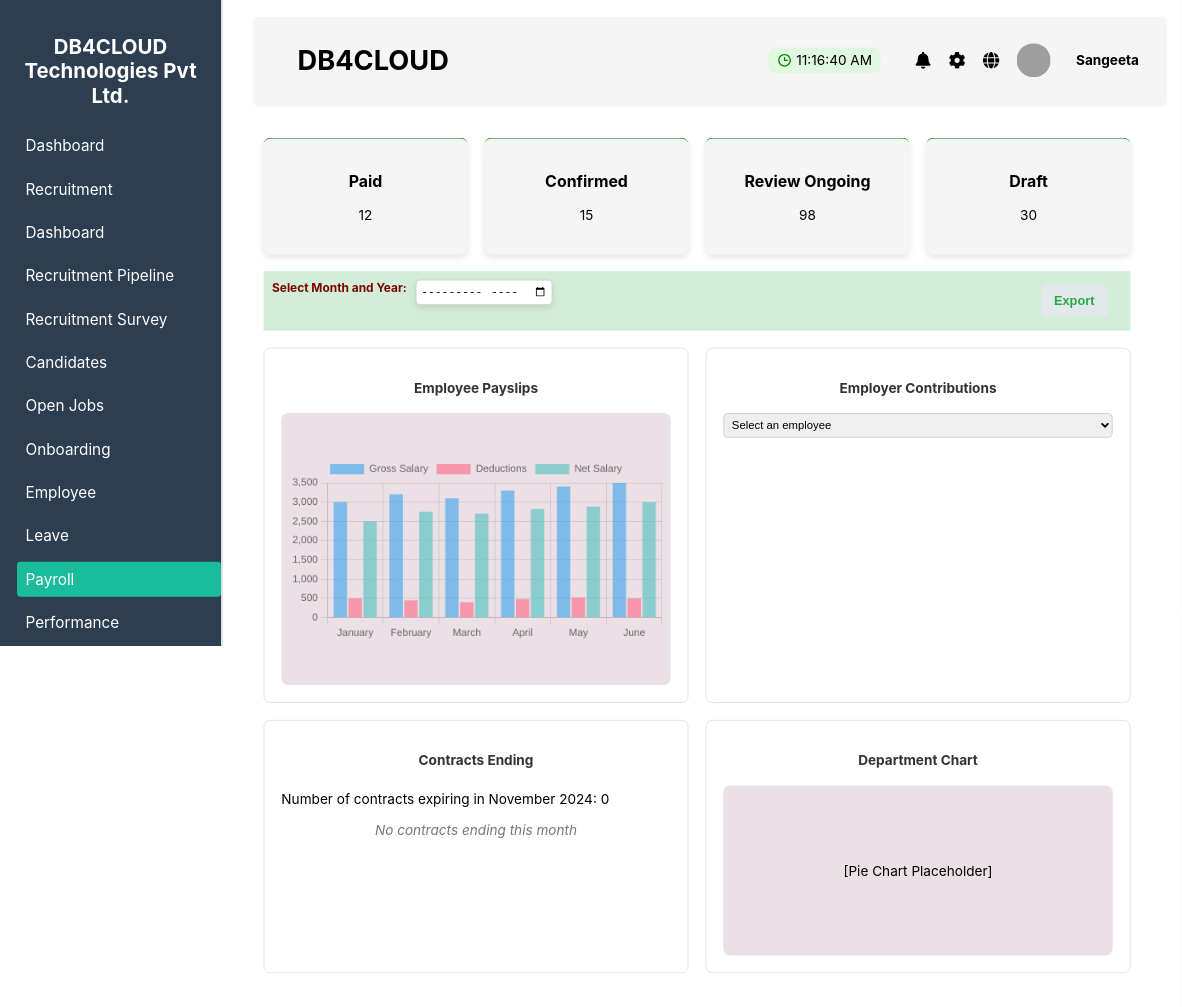
Repository: tinu-ns/Dev-code
Page: /payroll/payroll-dashboard (app in HRMS-DEMO-Sang/hrms/)
These files come from the project's save history. The page is drawn as it stood at one moment and after the next save; the edit follows.
The browser window is 1280 px wide. The page is 1390 px wide, so the pictures cover 1390 px, including what lies to the right of the window. The pictures show the whole page, at 85% of full size.
Pictures or frames that could not be fetched are drawn as grey boxes. The project was rebuilt for these pictures with package versions that can differ from the ones it lists, and the page was loaded fresh each time. Also part of the build but not shown: HRMS-DEMO-Sang/hrms/src/components/Dashboard.js, HRMS-DEMO-Sang/hrms/src/components/Recruitment.js, HRMS-DEMO-Sang/hrms/src/components/Payroll/Payroll.js, HRMS-DEMO-Sang/hrms/src/components/Leave.js, HRMS-DEMO-Sang/hrms/src/components/Employee.js, HRMS-DEMO-Sang/hrms/src/components/MainContent.css, HRMS-DEMO-Sang/hrms/src/components/MainContent.js, HRMS-DEMO-Sang/hrms/src/components/RightSidebar.css and 8 more. Imported but missing from the stored project, and not drawn on this page: HRMS-DEMO-Sang/hrms/src/components/Onboarding, HRMS-DEMO-Sang/hrms/src/components/Performance.

Above is the page before, as saved 2024-11-06 12:53:28.

### HRMS-DEMO-Sang/hrms/src/App.js
// App.js
import React from 'react';
import { BrowserRouter as Router, Route, Routes, Navigate } from 'react-router-dom';
import Sidebar from './components/Sidebar';
import Dashboard from './components/Dashboard';
import Recruitment from './components/Recruitment';
import Onboarding from './components/Onboarding';
import Performance from './components/Performance';
import Payroll from './components/Payroll/Payroll';
import Leave from './components/Leave';
import Employee from './components/Employee';
import Header from './components/Header';
import MainContent from './components/MainContent';
import RightSidebar from './components/RightSidebar';
import RecruitmentDashboard from './components/Recruitment/RecruitmentDashboard';
import RecruitmentPipeline from './components/Recruitment/RecruitmentPipeline';
import Allowances from './components/Payroll/Allowances';
import Contract from './components/Payroll/Contract';
import Deductions from './components/Payroll/Deductions';
import Payslips from './components/Payroll/Payslips';
import PayrollDashboard from './components/Payroll/PayrollDashboard';
import EmployeeDashboard from './components/Employee/EmployeeDashboard';


import './App.css';

function App() {
  return (
    <Router>
      <div className="app">
        <Sidebar />
        <div className='content-container'>
          <Header />
          <div className="main-section">
            <Routes>
              {/* Main Dashboard Route */}
              <Route path="/" element={<><MainContent /><RightSidebar /></>} />

              {/* Subpage Routes */}
              <Route path="/dashboard" element={<Dashboard />} />
              <Route path="/recruitment" element={<Recruitment />} />
              <Route path="/recruitment/dashboard" element={<RecruitmentDashboard />} />
              <Route path="/recruitment/pipeline" element={<RecruitmentPipeline />} />
              <Route path="/recruitment/survey" element={<div>Survey Page</div>} />
              <Route path="/recruitment/candidates" element={<div>Candidates Page</div>} />
              <Route path="/recruitment/open-jobs" element={<div>Open Jobs Page</div>} />
              <Route path="/onboarding" element={<Onboarding />} />
              <Route path="/employee" element={<Employee />} />

              {/* Payroll Section Routes */}

              <Route path="/employee" element={<EmployeeDashboard />} />
            {/* Other routes */}
            <Route path="*" element={<Navigate to="/employee" />} />

              <Route path="/leave" element={<Leave />} />

              {/* Payroll Section Routes */}
              <Route path="/payroll" element={<Payroll />} />
              <Route path="/payroll/allowances" element={<Allowances />} />
              <Route path="/payroll/contract" element={<Contract />} />
              <Route path="/payroll/deductions" element={<Deductions />} />
              <Route path="/payroll/payslips" element={<Payslips />} />
              <Route path="/payroll/payroll-dashboard" element={<PayrollDashboard />} />
              <Route path="/performance" element={<Performance />} />


              {/* Redirect unknown routes to main dashboard */}
              <Route path="*" element={<Navigate to="/" />} />
            </Routes>
          </div>
        </div>
      </div>
    </Router>
  );
}

export default App;

### HRMS-DEMO-Sang/hrms/src/components/Sidebar.js
import React, {useState} from "react";
import { NavLink } from "react-router-dom";

import "./Sidebar.css"
const Sidebar = () => {
  const [isPayrollOpen, setIsPayrollOpen] = useState(false);
  const togglePayrollMenu = () => {
    setIsPayrollOpen(!isPayrollOpen);
  };


  return (
    <div className="container">
    <div className="sidebar">
      <h2>DB4CLOUD Technologies Pvt Ltd.</h2>
      <ul className="sidebar-list">
      <li>
          <NavLink to="/dashboard" activeClassName="active">
            Dashboard
          </NavLink>
        </li>
        <li>
          <NavLink to="/recruitment" activeClassName="active">
            Recruitment
          </NavLink>
          <ul>
            <li><NavLink to="/recruitment/dashboard">Dashboard</NavLink></li>
            <li><NavLink to="/recruitment/pipeline">Recruitment Pipeline</NavLink></li>
            <li><NavLink to="/recruitment/survey">Recruitment Survey</NavLink></li>
            <li><NavLink to="/recruitment/candidates">Candidates</NavLink></li>
            <li><NavLink to="/recruitment/open-jobs">Open Jobs</NavLink></li>
          </ul>
        </li>
        {/* Add more items as needed */}
        <li>
          <NavLink to="/onboarding" activeClassName="active">
            Onboarding
          </NavLink>
        </li>
        <li>
          <NavLink to="/employee" activeClassName="active">
            Employee
          </NavLink>
        </li>
        <li>
          <NavLink to="/leave" activeClassName="active">
            Leave
          </NavLink>
        </li>
            {/* Payroll section */}
        <li>
          <NavLink to="/payroll" activeClassName="active" className="menu-toggle" onClick={togglePayrollMenu}>
            Payroll
          </NavLink>

          {isPayrollOpen && (
            <ul className="submenu">
              <li><NavLink to="/payroll/payroll-dashboard">Dashboard</NavLink></li>
              <li><NavLink to="/payroll/allowances">Allowances</NavLink></li>
              <li><NavLink to="/payroll/contract">Contracts</NavLink></li>
              <li><NavLink to="/payroll/deductions">Deductions</NavLink></li>
              <li><NavLink to="/payroll/payslips">Payslips</NavLink></li>
              <li><NavLink to="/payroll/payroll">Payroll</NavLink></li>
              <li><NavLink to="/payroll/loan-advance-salary">Loan / Advance Salary</NavLink></li>
              <li><NavLink to="/payroll/encashments-reimbursements">Encashments & Reimbursements</NavLink></li>
              <li><NavLink to="/payroll/federal-tax">Federal Tax</NavLink></li>
            </ul>
          )}
        </li>
        <li>
          <NavLink to="/performance" activeClassName="active">
            Performance
          </NavLink>
        </li>
        <li>
          <NavLink to="/offboarding" activeClassName="active">
            Offboarding
          </NavLink>
        </li>
        <li>
          <NavLink to="/assets" activeClassName="active">
            Assets
          </NavLink>
        </li>
        <li>
          <NavLink to="/help-desk" activeClassName="active">
            Help Desk
          </NavLink>
        </li>
        <li>
          <NavLink to="/configuration" activeClassName="active">
            Configuration
          </NavLink>
        </li>
      </ul>
    </div>

    </div>
  );
};

export default Sidebar;

### HRMS-DEMO-Sang/hrms/src/components/Header.js
import React, {useState,useEffect} from 'react'
import {FaBell, FaCog, FaGlobe, FaSignOutAlt} from 'react-icons/fa'
import {BiTime} from 'react-icons/bi'
import './Header.css'

const Header = () => {
    const [currentTime, setCurrentTime] = useState('')
    const [showDropdown, setShowDropdown] = useState(false);

    const getCurrentTime = () => {
        const now = new Date()
        return now.toLocaleTimeString()   // Returns time as HH:MM:SS
    }

// Update time every second
useEffect(() => {
    const timer = setInterval(() => {
      setCurrentTime(getCurrentTime());
    }, 1000); // Update every 1000ms (1 second)

    // Cleanup interval on component unmount
    return () => clearInterval(timer);
  }, []); // Empty dependency array to run only on mount/unmount


    const toggleDropdown = () => {
        setShowDropdown(!showDropdown)
    }


  return (
    <header className='bg-container'>
      <div className='header'>
        <div className="header-left">
        <button className='menu-button'></button>
        <h1>DB4CLOUD</h1>
        </div>

        <div className="header-right">
          {/*  <p>You cannot mark attendence from this network</p> */}

                {/* Time display*/ }
                <div className="time-box">
                    <BiTime className='time-icon' />
                    <span>{currentTime}</span>
                </div>

                {/*Icons for notificatins, settings, etc. */}
                <FaBell className='icon' title='Notifications' />
                <FaCog className="icon" title="Settings" />
                <FaGlobe className='icon' title='Language' />

                {/* User Profile with dropdown*/ }

                <div className="user-profile" onClick={toggleDropdown}>
                    <div className="user-avatar">
                    < img src="https://th.bing.com/th/id/OIP.Pgv1PargHCECE7gCB5kJ-wHaKx?rs=1&pid=ImgDetMain"
                alt="user-Avatar" className="avatar" />
                    </div>
                    <span className="user-name">Sangeeta</span>

{showDropdown && (
    <div className="dropdown">
        <ul>
            <li>Profile</li>
            <li>Setting</li>
            <li>
                <FaSignOutAlt /> Logout
            </li>
        </ul>
    </div>
)}

</div>

     {  /*      <div className="user-info">
                <span className='user-name'>Shalu</span>
                < img src="https://th.bing.com/th/id/OIP.Pgv1PargHCECE7gCB5kJ-wHaKx?rs=1&pid=ImgDetMain"
                alt="user-Avatar" className="avatar" />
            </div>
            */ }
        </div>


      </div>

    </header>
  )
}

export default Header

### HRMS-DEMO-Sang/hrms/src/App.css
.app{
  display: flex;
  height: 100vh;
  background-color: #f4f4f4;
}

.content-container{
  flex-grow: 1;
  padding: 20px;
  background-color: #fff;
  margin-left: 200px;
  display: flex;
  flex-direction: column;

}

.main-section{
  display: flex;
  justify-content: space-between;
  padding: 20px;
}


.sidebar {
  width: 220px;
  background-color: #2c3e50;
  position: fixed;
  height: 100vh;
}

### HRMS-DEMO-Sang/hrms/src/components/Sidebar.css
 .container{
    display: flex;
    height: 100vh;
    margin-right: 50px;
}

/*
.content{
    flex-grow: 1;
    padding: 20px;
    padding-left: 50px;

}  */

.sidebar {
    width: 220px;
    height: 100vh;
    background-color: #503f2c;
    padding: 20px;
    color: white;
    height: 100vh;
    position: fixed;
    border-right: 2px solid #ddd;
    overflow-y: auto;        /* Allows vertical scrolling */
    position: fixed;
    margin-right: 200px;        /* Keeps sidebar fixed on the left side */

  }



  .sidebar h2{
    text-align: center;
    margin-bottom: 30px;
    font-size: 24px;
  }

  .sidebar-list{
    list-style-type: none;
    padding: 0;
  }


  .sidebar-list li{
    margin-bottom: 15px;
  }

  .sidebar-list li a {
    color: white;
    text-decoration: none;
    font-size: 18px;
    padding: 10px;
    border-radius: 4px;
    display: block;
  }

  .sidebar-list li a:hover{
    color: #1abc9c;
  }

  .sidebar-list li a.active{
    background-color: #1abc9c;
    color: white;
  }

  .sidebar {
    width: 250px;
    background-color: #2E3A46;
    color: #FFF;
    padding: 20px;
    height: 100vh;
  }

  .sidebar h2 {
    font-size: 1.5em;
    margin-bottom: 1em;
  }

  .sidebar ul {
    list-style: none;
    padding: 0;
  }

  .sidebar li {
    margin: 10px 0;
  }

  .sidebar li ul {
    margin-top: 5px;
  }

  .sidebar a {
    color: #FFF;
    text-decoration: none;
  }

  .sidebar a:hover {
    text-decoration: underline;
  }

  .sidebar a.active {
    color: #20c997;
  }

  .sidebar ul li a:hover, .menu-toggle:hover {
    background-color: #34495e;
  }

  .menu-toggle {
    background: none;
    border: none;
    color: #ecf0f1;
    font-size: 1rem;
    text-align: left;
    cursor: pointer;
    width: 100%;
    padding: 10px;
  }

  .submenu {
    list-style-type: none;
    padding-left: 20px;
  }

  .submenu li a {
    padding-left: 20px;
    font-size: 0.9rem;
  }

### HRMS-DEMO-Sang/hrms/src/components/Employee.css
/* EmployeeDashboard.css */
.employee-dashboard {
    padding: 20px;
  }

  .container {
    display: flex;
    justify-content: space-between;
    align-items: flex-start;
  }

  .month-year-selector {
    width: 40%;
  }

  .employee-details {
    width: 55%;
    padding: 10px;
    border: 1px solid #ccc;
    border-radius: 5px;
  }

  .calendar {
    margin-top: 10px;
    border: 1px solid #007bff;
    padding: 10px;
  }

  .calendar-month {
    display: grid;
    grid-template-columns: repeat(7, 1fr); /* 7 columns for the days */
    gap: 5px;
  }

  .calendar-day {
    padding: 10px;
    background-color: #f0f0f0;
    text-align: center;
    cursor: pointer;
    border: 1px solid #ccc;
    border-radius: 3px;
    transition: background-color 0.3s;
  }

  .calendar-day:hover {
    background-color: #d0e8ff;
  }

  .employee-chart {
    margin-top: 10px;
  }

  .employee-status {
    padding: 10px;
    border: 1px solid #ccc;
    border-radius: 5px;
    display: flex;
    justify-content: space-between;
    margin-bottom: 5px;
  }

  .draft { background-color: #fff3cd; }
  .reviewed { background-color: #cce5ff; }
  .confirmed { background-color: #d4edda; }
  .paid { background-color: #d1ecf1; }

### HRMS-DEMO-Sang/hrms/src/components/Header.css
.bg-container{
  padding-left: 30px;

}

.header {
    background-color: #f5f5f5;
    padding: 10px 20px;
    display: flex;
    justify-content: space-between;
    align-items: center;
    box-shadow: 0px 2px 5px rgba(0, 0, 0, 0.1);
  }

  .header-left {
    display: flex;
    align-items: center;
  }

  .menu-button {
    font-size: 24px;
    background: none;
    border: none;
    cursor: pointer;
  }

  .h1{
    margin-left: 15px;
    font-size: 24px;
    color: red! important ;
  }

  .header-right{
    display: flex;
    align-items: center;
  }

  .icon{
    margin-left: 20px;
    font-size: 20px;
    cursor: pointer;
  }

  .time-box {
    display: flex;
    align-items: center;
    background-color: #e0f7e0;
    padding: 5px 10px;
    border-radius: 8px;
    margin-right: 20px;
  }

  .time-icon {
    margin-right: 5px;
    font-size: 18px;
    color: green;
  }

  .user-profile{
    display: flex;
    align-items: center;
    cursor: pointer;
    position: relative;
  }

  .user-avatar{
    padding: 20px;
  }

  .avatar{
    width: 40px;
    height: 40px;
    background-color: #d4d4d4;
    border-radius: 50%;
    display: flex;
    justify-content: center;
    align-items: center;
    font-size: 18px;
    color: white;
    margin-right: 10px;

  }

  .user-name{
    font-weight: bold;
  }

  .dropdown{
    position: absolute;
    top: 50px;
    right: 0;
    background-color: #fff;
    box-shadow: 0px 2px 8px rgba(0, 0, 0, 0.1);
    border-radius: 5px;
    z-index: 100;
  }

  .dropdown ul {
    list-style-type: none;
    padding: 10px;
    margin: 0;
  }

  .dropdown ul li {
    padding: 10px 15px;
    cursor: pointer;
  }

  .dropdown ul li:hover {
    background-color: #f5f5f5;
  }

  .user-info {
    display: flex;
    align-items: center;
  }

  .user-name {
    margin-right: 10px;
  }

### HRMS-DEMO-Sang/hrms/src/components/Recruitment/RecruitmentPipeline.css
.pipeline-container {
    padding: 20px;
    background-color: #f5f5f5;
    border-radius: 8px;
  }

  .pipeline-section {
    margin-top: 20px;
  }

  .pipeline-section h3 {
    background-color: #f8f9fa;
    padding: 10px;
    border-left: 5px solid #ffa500;
  }

  .recruitment-table {
    width: 100%;
    border-collapse: collapse;
  }

  .recruitment-table th,
  .recruitment-table td {
    padding: 10px;
    border-bottom: 1px solid #ddd;
    text-align: left;
  }

  .recruitment-table th {
    background-color: #f1f1f1;
  }

  button {
    padding: 5px 10px;
    margin: 0 5px;
    border: none;
    border-radius: 4px;
    cursor: pointer;
  }

  button:hover {
    background-color: #ddd;
  }

### HRMS-DEMO-Sang/hrms/src/components/Payroll/PayrollDashboard.css
/* PayrollDashboard.css */
.payroll-dashboard {
  padding: 20px;
}

.status-containers {
  display: flex;
  justify-content: space-between;
  margin-bottom: 20px;
}

.status-container {
  background-color: #f0f0f0;
  border: 1px solid #ccc;
  padding: 10px;
  text-align: center;
  width: 18%;
}

.paid {
  background-color: #d4edda;
}
.confirmed {
  background-color: #cce5ff;
}
.review {
  background-color: #fff3cd;
}
.draft {
  background-color: #f8d7da;
}


.export-buttons {
  display: flex;
  gap: 10px;
  padding: 10px;
  text-align: center;
  cursor: pointer;
  width: 100px;


}

.export{
    color: #28a745;
    font-size: 15px;
    padding: 10px 15px;
    font-weight: 700;
    cursor: pointer;
    font-size: 15px;
    background-color:  #e3e8eb;
    border-radius: 5px;
    border: none;
}

.export:hover {
    background-color: rgb(152, 225, 152);
  }

.export-form {
  margin-top: 20px;
  border: 1px solid #ccc;
  padding: 20px;
  background-color: #f9f9f9;
  border: 1px solid #ccc;
  border-radius: 5px;
  width: 40%;
  display: flex;
  flex-direction: column;
  box-shadow: 0px 4px 8px rgba(0, 0, 0, 0.1);
}

.form-row {
    display: flex;
    gap: 20px;
    margin-bottom: 10px;
  }

  .form-group {
    display: flex;
    flex-direction: column;
    flex: 1;
  }

  .form-group label {
    margin-bottom: 5px;
    font-size: 14px;
    color: #333;
    font-weight: bold;
  }

.export-form label {
  display: block;
  margin-bottom: 10px;
}

.export-form input,
.export-form select {
    padding: 8px;
  border: 1px solid #ccc;
  border-radius: 5px;
}

.export-form button {
  margin-top: 10px;
  padding: 10px;
  background-color: #28a745;
  color: white;
  border: none;
  cursor: pointer;
}

.submit-button:hover {
    background-color: #218838;
  }

.status {
  display: flex;
  justify-content: space-around;
  gap: 20px;
}

.status-item {
  background-color: #f5f5f5;
  padding: 20px;
  width: 200px;
  text-align: center;
  border-radius: 8px;
  margin-bottom: 20px;
  box-shadow: 0px 4px 8px rgba(0, 0, 0, 0.1);
  border-top: 1px solid green;
}

.row-container {
  display: flex;
  align-items: center;
  justify-content: space-between; /* Space between calendar and export button */
  margin-bottom: 20px;
  background-color: #d4edda;
  text-align: center;

}

.calendar-container {
    margin-bottom: 20px;
  }


.date-selector {
  display: flex;
  flex-direction: row;
  padding: 10px;
}

.date-selector label {
  font-size: 14px;
  margin-bottom: 5px;
  margin-right: 10px;
  color: rgb(121, 5, 5);
  font-weight: bold;
  text-align: center;
}

.date-selector input[type="month"] {
  padding: 5px;
  border: 1px solid #ccc;
  border-radius: 5px;
  box-shadow: 0px 4px 8px rgba(0, 0, 0, 0.1);
}

.dashboard-content {
  display: grid;
  grid-template-columns: 1fr 1fr;
  gap: 20px;
}

.employee-payslips,
.contributions,
.contracts-ending,
.department-chart {
  background-color: #ffffff;
  border: 1px solid #e0e0e0;
  border-radius: 8px;
  padding: 20px;
}

.employee-payslips h3,
.contributions h3,
.contracts-ending h3,
.department-chart h3 {
  font-size: 16px;
  color: #333333;
  margin-bottom: 10px;
  text-align: center;
  padding-bottom: 10px;
}

.payslip-chart,
.chart-placeholder {
  height: 200px;
  background-color: hsl(335, 23%, 90%);
  border-radius: 8px;
  display: flex;
  align-items: center;
  justify-content: center;
}


.payslip-chart {
    height: 300px;
    border-radius: 8px;
    display: flex;
    align-items: center;
    justify-content: center;
    padding: 10px;
  }

.employee-dropdown {
  width: 100%;
  padding: 5px;
  margin-bottom: 10px;
  border: 1px solid #ccc;
  border-radius: 5px;
}

table {
  width: 100%;
  border-collapse: collapse;
  margin-top: 10px;
}

th,
td {
  padding: 8px;
  text-align: left;
  border-bottom: 1px solid #ddd;
}

.no-contracts {
  text-align: center;
  color: #777;
  font-style: italic;
}

### HRMS-DEMO-Sang/hrms/src/components/Employee/EmployeeDashboard.css
/* EmployeeDashboard.css */
.employee-dashboard {
    padding: 20px;
  }

  .container {
    display: flex;
    justify-content: space-between;
    align-items: flex-start;
  }

  .month-year-selector {
    width: 40%;
  }

  .employee-details {
    width: 55%;
    padding: 10px;
    border: 1px solid #ccc;
    border-radius: 5px;
  }

  .calendar {
    margin-top: 10px;
    border: 1px solid #007bff;
    padding: 10px;
  }

  .calendar-month {
    display: grid;
    grid-template-columns: repeat(7, 1fr); /* 7 columns for the days */
    gap: 5px;
  }

  .calendar-day {
    padding: 10px;
    background-color: #f0f0f0;
    text-align: center;
    cursor: pointer;
    border: 1px solid #ccc;
    border-radius: 3px;
    transition: background-color 0.3s;
  }

  .calendar-day:hover {
    background-color: #d0e8ff;
  }

  .employee-chart {
    margin-top: 10px;
  }

  .employee-status {
    padding: 10px;
    border: 1px solid #ccc;
    border-radius: 5px;
    display: flex;
    justify-content: space-between;
    margin-bottom: 5px;
  }

  .draft { background-color: #fff3cd; }
  .reviewed { background-color: #cce5ff; }
  .confirmed { background-color: #d4edda; }
  .paid { background-color: #d1ecf1; }

Loaded but not shown: HRMS-DEMO-Sang/hrms/public/index.html (common file); HRMS-DEMO-Sang/hrms/src/index.js (common file); HRMS-DEMO-Sang/hrms/src/index.css (common file); HRMS-DEMO-Sang/hrms/src/reportWebVitals.js (common file); HRMS-DEMO-Sang/hrms/src/components/Payroll/PayrollDashboard.js (273 lines, source omitted)

After the next save:
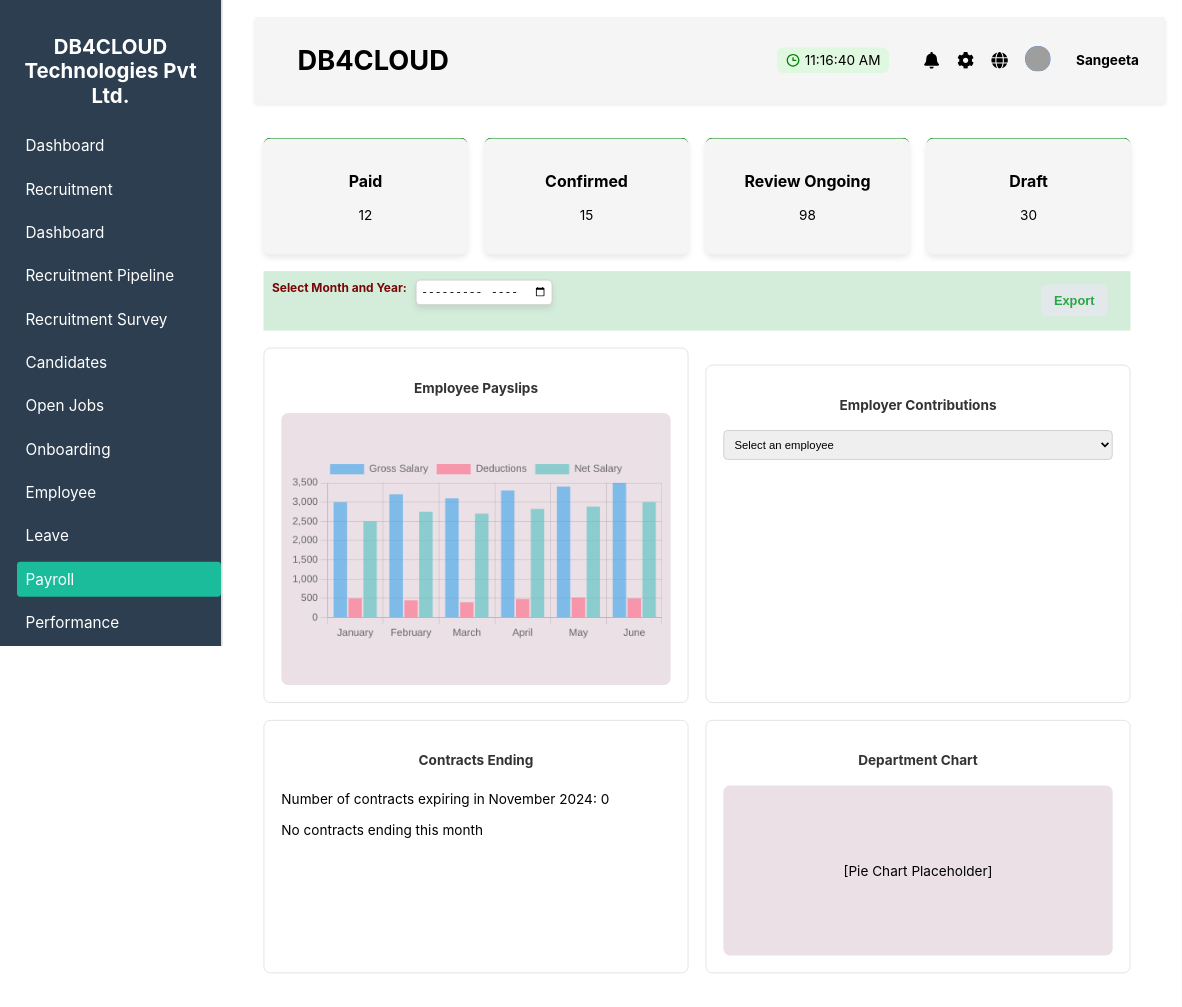
Saved 115 s later.
--- a/HRMS-DEMO-Sang/hrms/src/components/Payroll/PayrollDashboard.css
+++ b/HRMS-DEMO-Sang/hrms/src/components/Payroll/PayrollDashboard.css
@@ -216,10 +216,15 @@
     padding: 10px;
   }
 
+  .contributions {
+    margin-top: 20px;
+  }
+
+
 .employee-dropdown {
   width: 100%;
-  padding: 5px;
-  margin-bottom: 10px;
+  padding: 8px;
+  margin-bottom: 20px;
   border: 1px solid #ccc;
   border-radius: 5px;
 }
@@ -237,6 +242,18 @@ td {
   border-bottom: 1px solid #ddd;
 }
 
+.avatar {
+    display: inline-flex;
+    align-items: center;
+    justify-content: center;
+    width: 30px;
+    height: 30px;
+    border-radius: 50%;
+    background-color: #007bff;
+    color: white;
+    font-weight: bold;
+
+
 .no-contracts {
   text-align: center;
   color: #777;
